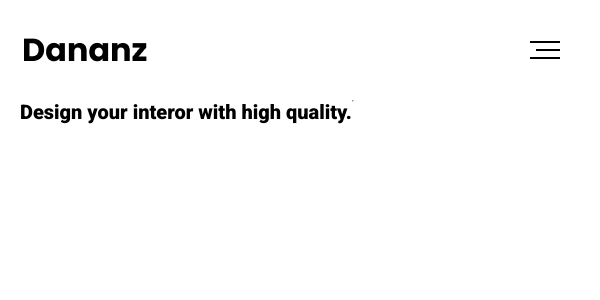
Repository: AsadKasimov/disain
Page: index.html
An editor plug-in stored every save of this project. The page is shown before and after the next save, followed by the edit.
The browser window is 600 px wide. The pictures show the whole page.

Above is the page before, as saved 2023-04-20 01:22:20.

After the next save:
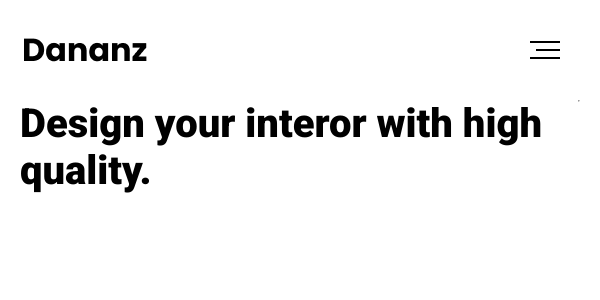
Saved 6 s later.
--- a/style.css
+++ b/style.css
@@ -136,7 +136,7 @@ h1 {
 
   .text-menu{
     font-weight: 100;
-    font-size: 10px;
+    font-size: 20px;
   }
 
   .header{
